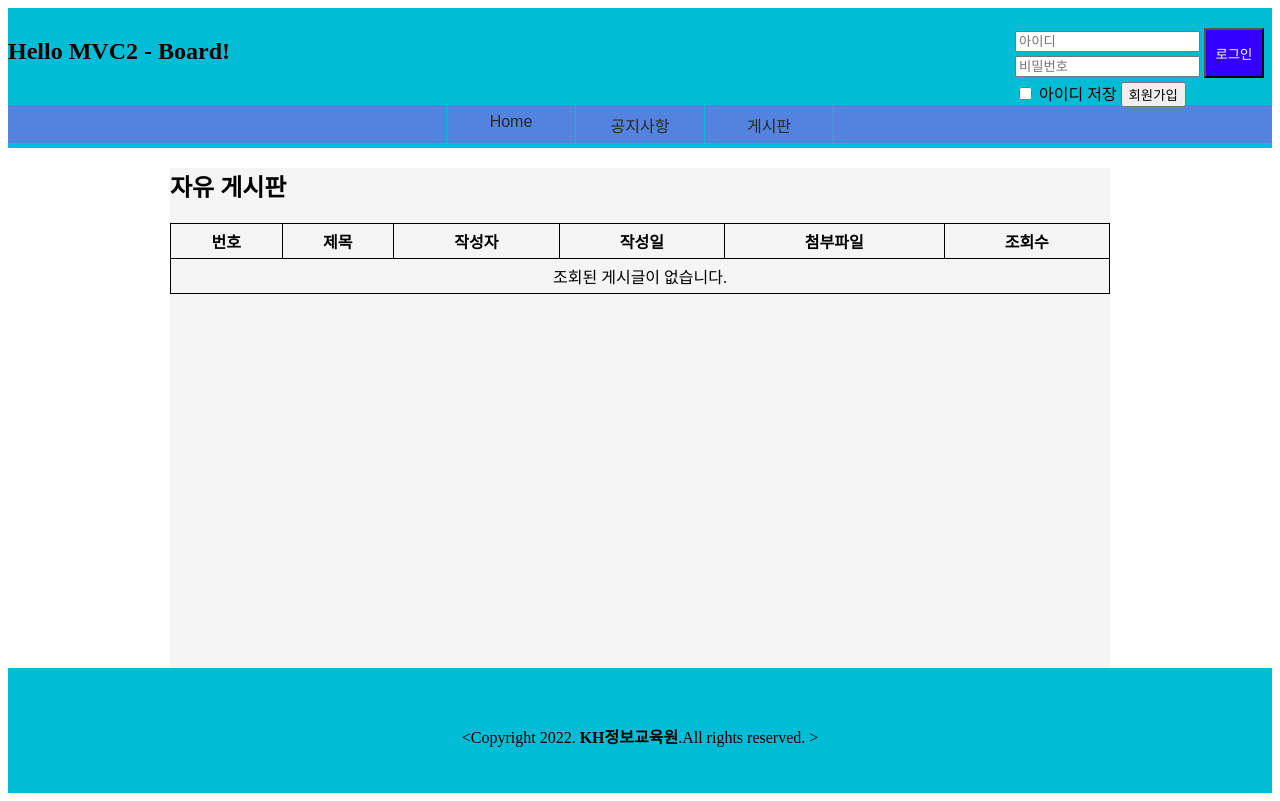
Repository: pcc767/khSchool
Page: http://localhost/06_HelloMVC2/board/list
These files come from the project's save history. The page is drawn as it stood at one moment and after the next save; the edit follows.
The browser window is 1280 px wide. The pictures show the whole page.
The page is served by Tomcat 9. Queries for data that is not in the repository find no rows.

Above is the page before, as saved 2022-07-20 07:17:34.

After the next save:
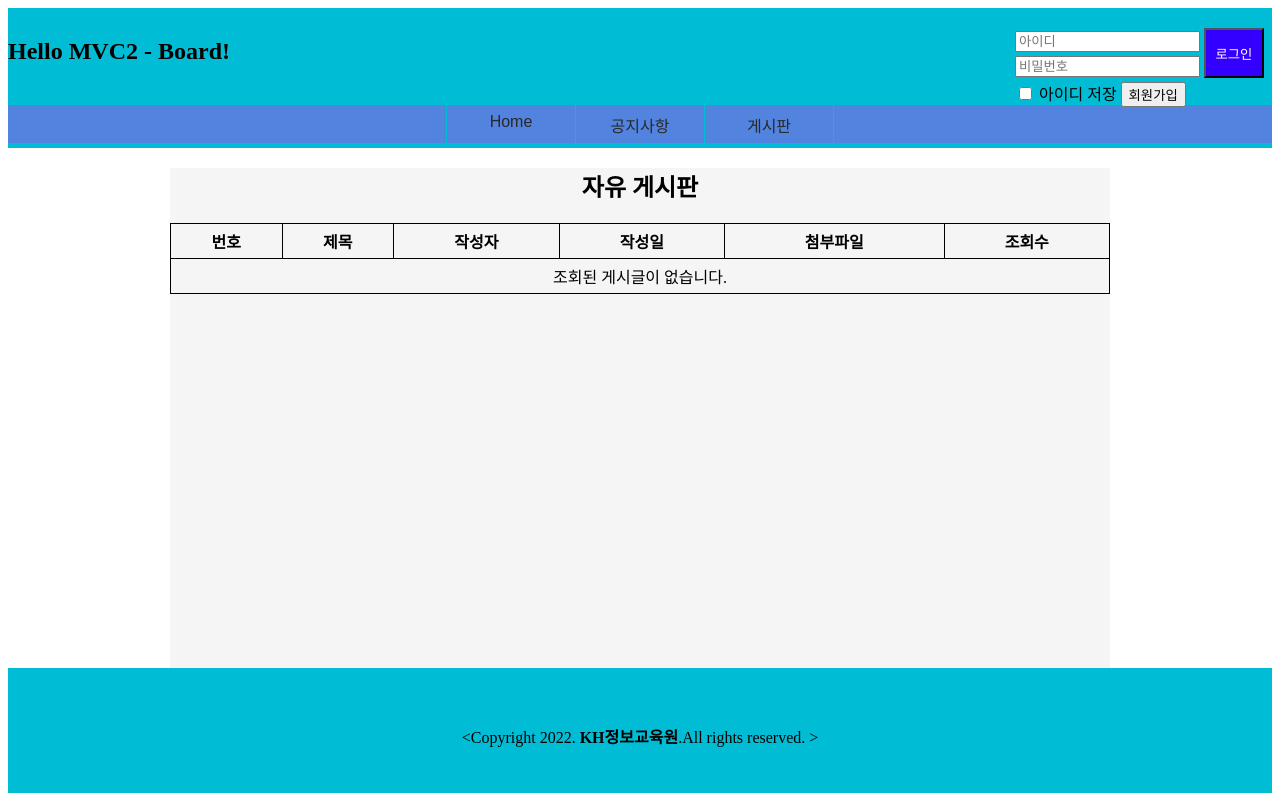
Saved 61 s later.
--- a/dev-source_Servlet/06_HelloMVC2/src/main/webapp/views/board/list.jsp
+++ b/dev-source_Servlet/06_HelloMVC2/src/main/webapp/views/board/list.jsp
@@ -30,7 +30,7 @@
 </style>
 
 <section id="content">
-	<h2>자유 게시판</h2>
+	<h2 align="center">자유 게시판</h2>
 
 
 	<%if(loginMember != null){ %>
